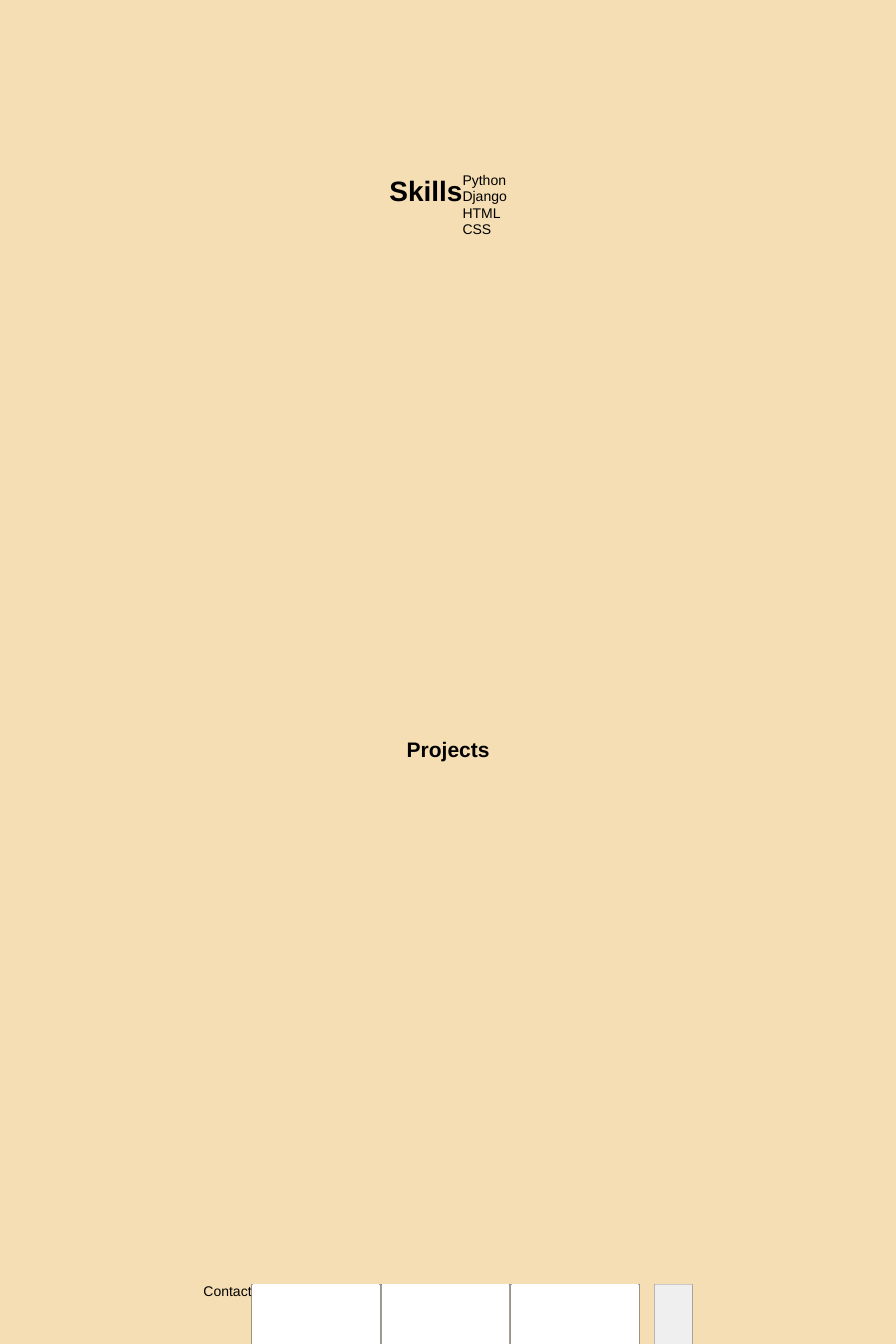
Repository: SamirIngley/html-semantic
Page: templates2/index2.html
The author's editor kept a copy of each file at every save. The page is drawn from the files as they stood at one save, then again after a run of saves.
The browser window is 1280 px wide. The pictures show the part of the page from y = 1494 to 3414 px (the page is 4036 px tall), at 70% of full size.

Above is the page before, as saved 2020-02-09 10:56:06.

After the next 3 saves:
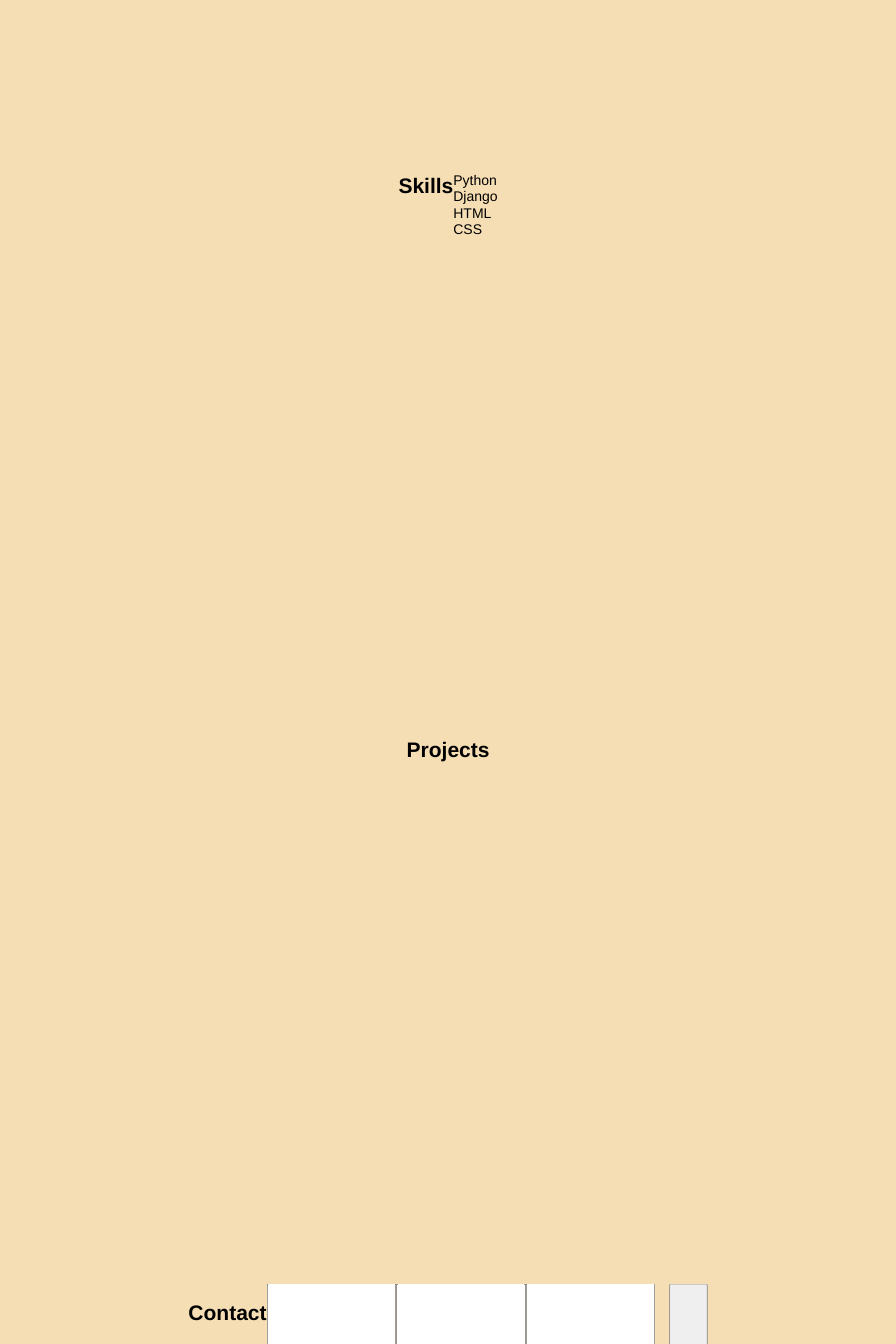
The 3 saves are shown as one change because they came seconds apart.
The last was saved 40 s later.
--- a/templates2/index2.html
+++ b/templates2/index2.html
@@ -25,7 +25,7 @@
     </div>
 
     <div class="skills">
-        <h1>Skills</h1>
+        <h2>Skills</h2>
         <br>
         Python<br>
         Django<br>
@@ -40,7 +40,7 @@
     </div>
 
     <div class="contact">
-        Contact
+        <h2>Contact</h2>
 
         <input type="text" name="firstlast" placeholder="Name">
         <input type="email" name="email" placeholder="your@email.com">
